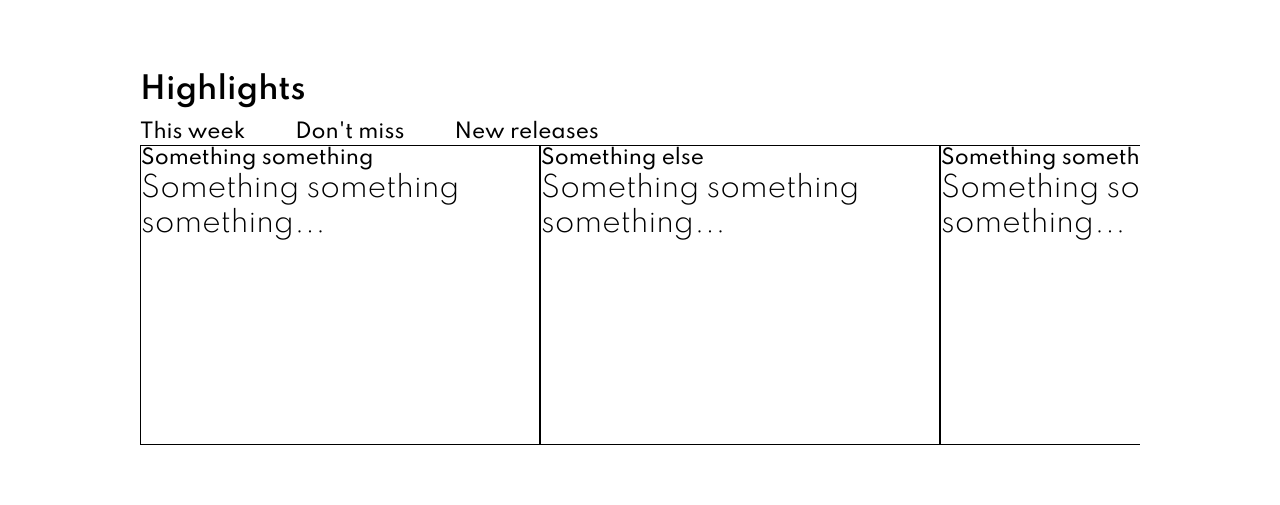
Repository: vvogt/fameworks_vv
Page: /
These files come from the project's save history. The page is drawn as it stood at one moment and after the next save; the edit follows.
The browser window is 1280 px wide. The pictures show the part of the page from y = 607 to 1112 px (the page is 1112 px tall).
Pictures or frames that could not be fetched are drawn as grey boxes. The project was rebuilt for these pictures with package versions that can differ from the ones it lists, and the page was loaded fresh each time. Also part of the build but not shown: src/components/NotFound.js. Imported but missing from the stored project, and not drawn on this page: src/assets/videos/seald_fullhd.mp4.

Above is the page before, as saved 2020-04-10 22:37:18.

After the next save:
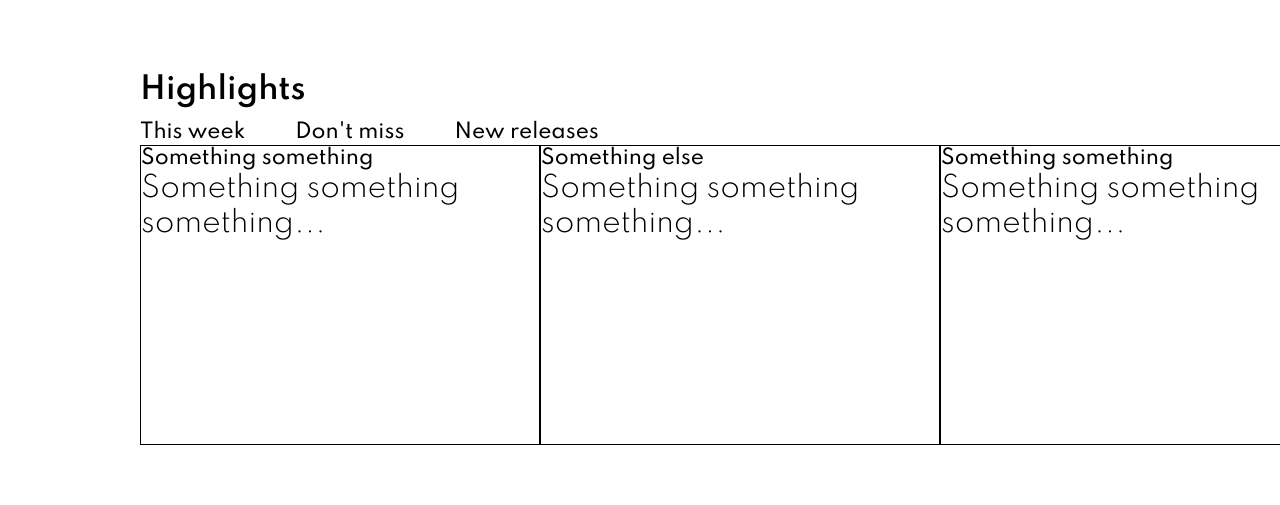
Saved 37 s later.
--- a/src/scss/_components.section.scss
+++ b/src/scss/_components.section.scss
@@ -6,7 +6,6 @@
    .articlePreviews {
       ul {
          display: flex;
-         overflow: scroll;
          flex-direction: row;
          flex-wrap: none;
       }
